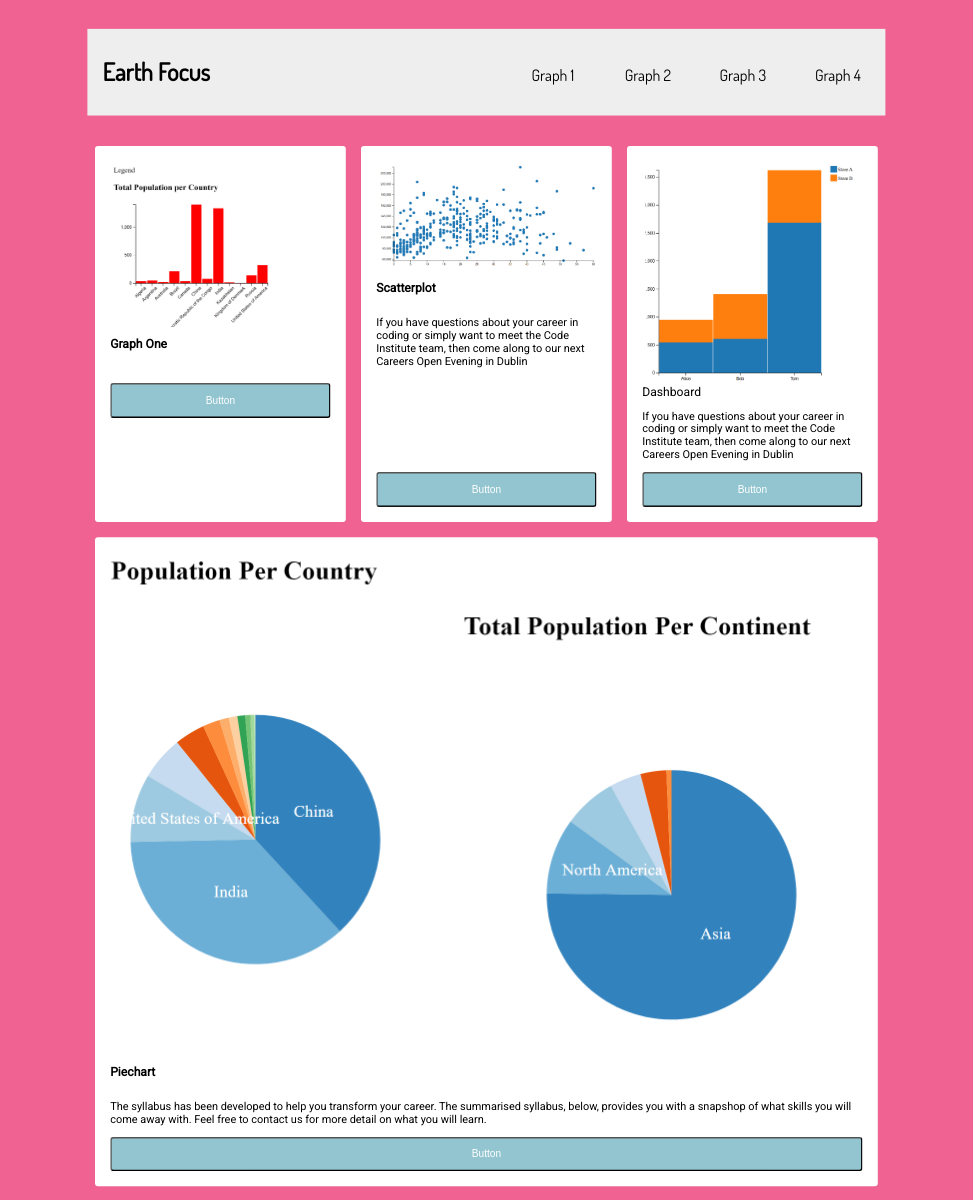
Repository: Code-Institute-Submissions/SOliv1-milestone2_NovResub
Page: index.html
The author's editor kept a record of every edit. The page is drawn from the files as they stood at one moment, then again after the next edit.
The browser window is 1280 px wide. The pictures show the whole page, at 76% of full size.
Some web libraries are served in a nearby version.

Above is the page before.

After the next edit:
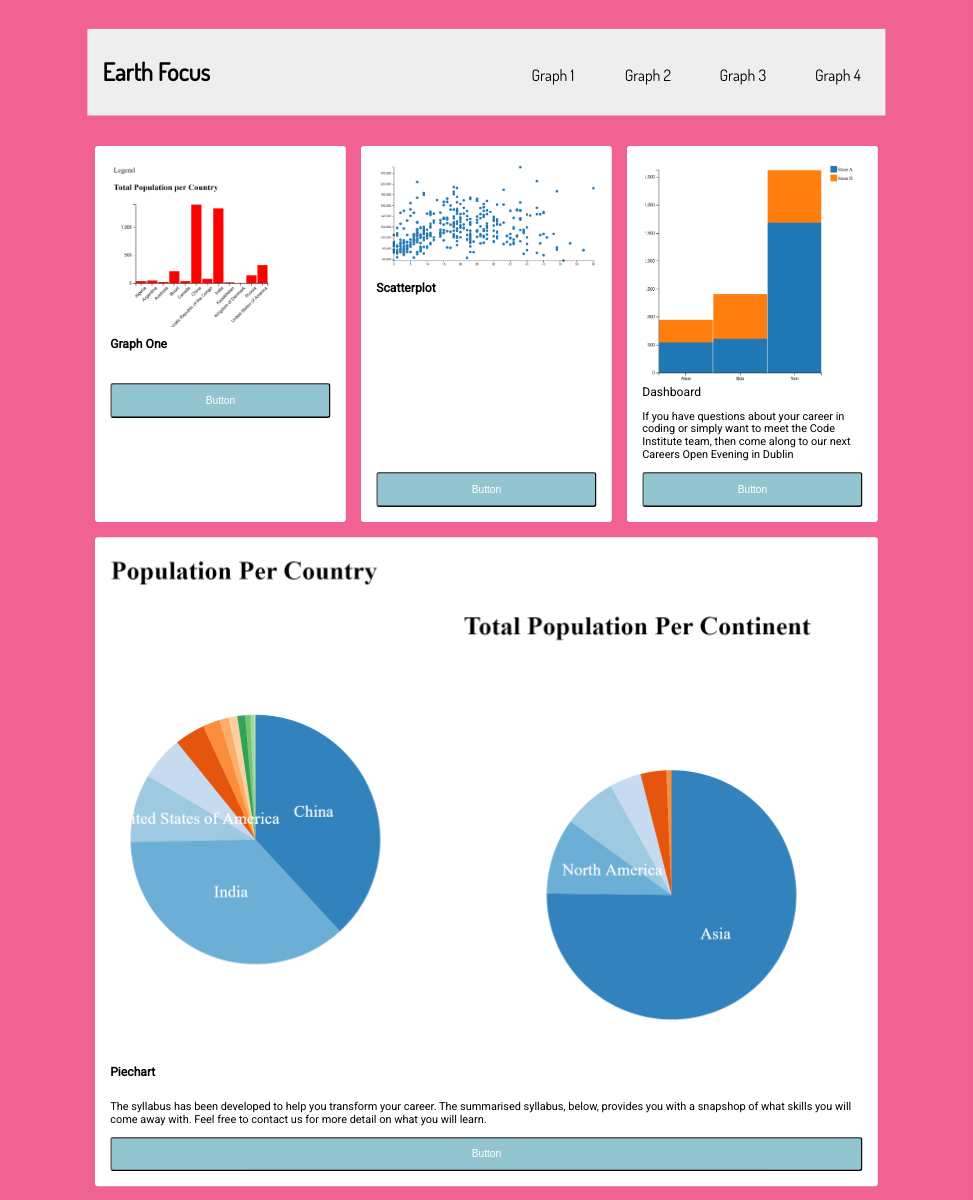
The edit:
--- a/index.html
+++ b/index.html
@@ -31,7 +31,7 @@
         <div class="card graph2_btn">
             <img class="card_image" src="img/2.png" alt="scatterplot icon">
                 <h2 class="card_head">Scatterplot</h2>
-                <p class="card_para">If you have questions about your career in coding or simply want to meet the Code Institute team, then come along to our next Careers Open Evening in Dublin</p>
+                <p class="card_para"></p>
             <button id="button_effects2" class="bottom_button" href="index1.html">Button</button>
             </div>
         <div class="card graph3">
